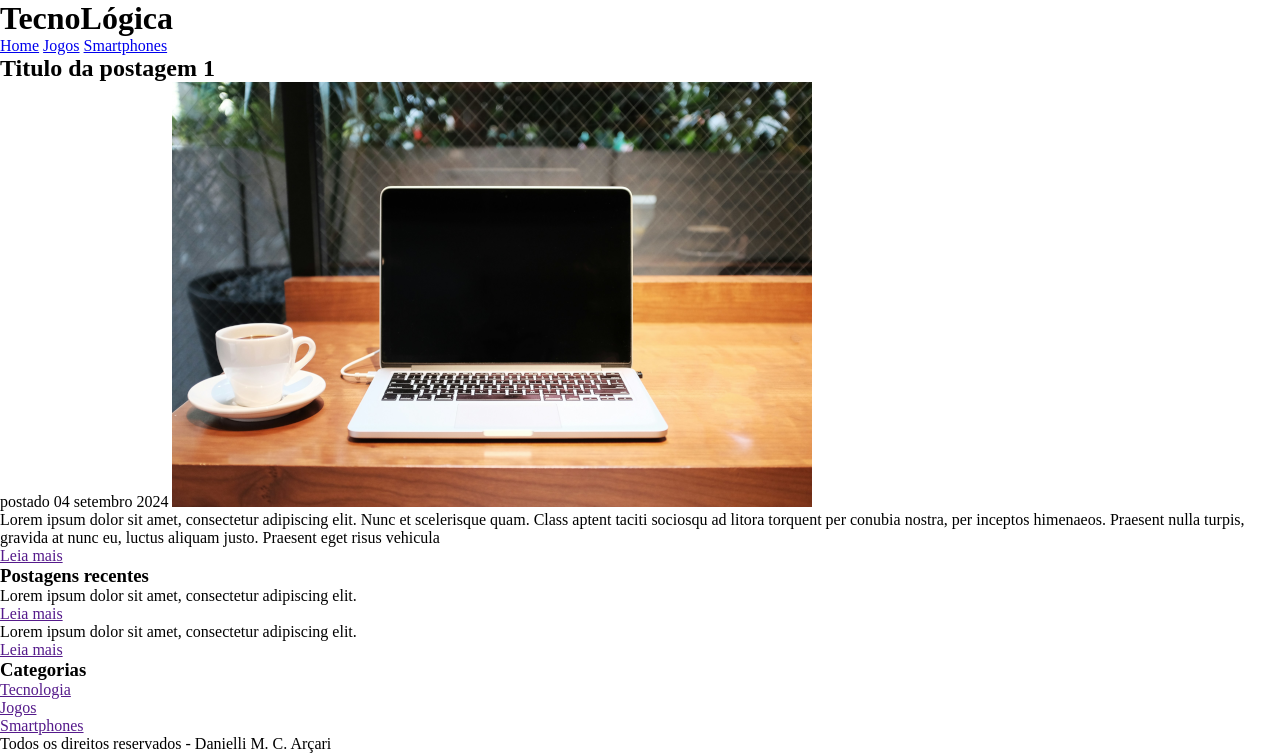
Repository: danielli-arcari/blog-html-css
Page: index.html
These files come from the project's save history. The page is drawn as it stood at one moment and after the next save; the edit follows.
The browser window is 1280 px wide. The pictures show the whole page.

Above is the page before, as saved 2026-03-10 16:05:47.

### index.html
<!DOCTYPE html>
<html lang="pt-br">

<head>
    <meta charset="UTF-8">
    <meta name="viewport" content="width=device-width, initial-scale=1.0">
    <title>TecnoLógica - Tudo sobre tecnologia</title>

    <link rel="stylesheet" href="css/style.css">
</head>

<body>

    <div id="header">

        <div id="logo">
            <h1>Tecno<span class="white">Lógica</span></h1>
        </div>

        <div id="menu">
            <a href="index.html">Home</a>
            <a href="jogos.html">Jogos</a>
            <a href="smartphones.html">Smartphones</a>
        </div>

    </div>

    <div id="content">

        <div id="posts">

            <!-- abertura postagem -->
            <div class="post">
                <h2>Titulo da postagem 1</h2>
                <span class="data-post">postado 04 setembro 2024</span>
                <img class="img-post" src="imagens/tecnologia01.png">
                <p>
                    Lorem ipsum dolor sit amet, consectetur adipiscing elit. Nunc et scelerisque quam. Class aptent taciti sociosqu ad litora torquent per conubia nostra, per inceptos himenaeos. Praesent nulla turpis, gravida at nunc eu, luctus aliquam justo. Praesent eget risus vehicula
                </p>
                <a href="">Leia mais</a>
            </div>
            <!--fechamento postagem -->

        </div>

        <div id="right-side">

            <div class="content-right">
                <h3>Postagens recentes</h3>

                <div class="post-right">
                    <p>Lorem ipsum dolor sit amet, consectetur adipiscing elit.</p>
                    <a href="">Leia mais</a>
                </div>

                <div class="post-right" style="border-bottom: none;">
                    <p>Lorem ipsum dolor sit amet, consectetur adipiscing elit.</p>
                    <a href="">Leia mais</a>
                </div>

            </div>

            <div class="content-right">
                <h3>Categorias</h3>

                <a href="">Tecnologia</a><br>
                <a href="">Jogos</a><br>
                <a href="">Smartphones</a><br>

            </div>

        </div>

        <div id="footer">
            Todos os direitos reservados - Danielli M. C. Arçari
        </div>

    </div>
</body>

</html>

### css/style.css
/*
***limpar formatações***
*/
*{
    margin: 0;
    padding: 0;
}

After the next save:
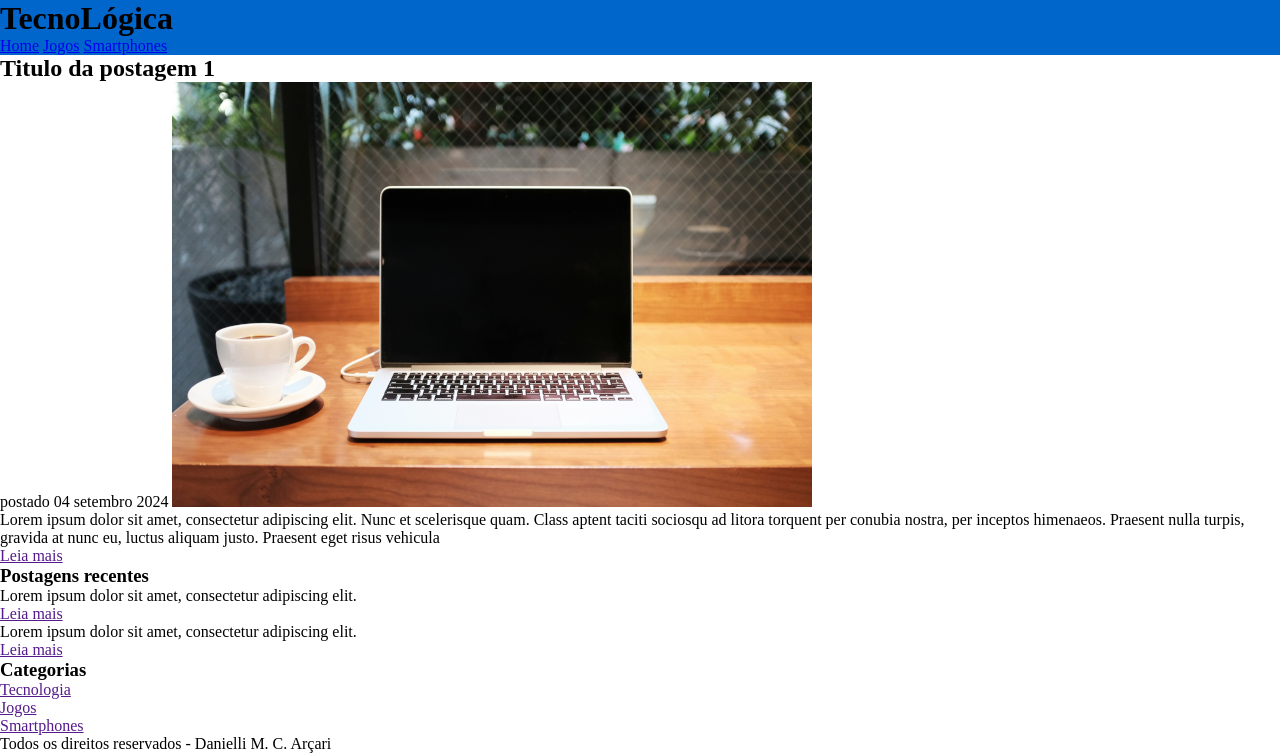
Saved 3 min 54 s later.
--- a/css/style.css
+++ b/css/style.css
@@ -5,3 +5,9 @@
     margin: 0;
     padding: 0;
 }
+/*
+***header***
+*/
+#header{
+    background-color: #0066CC;
+}
